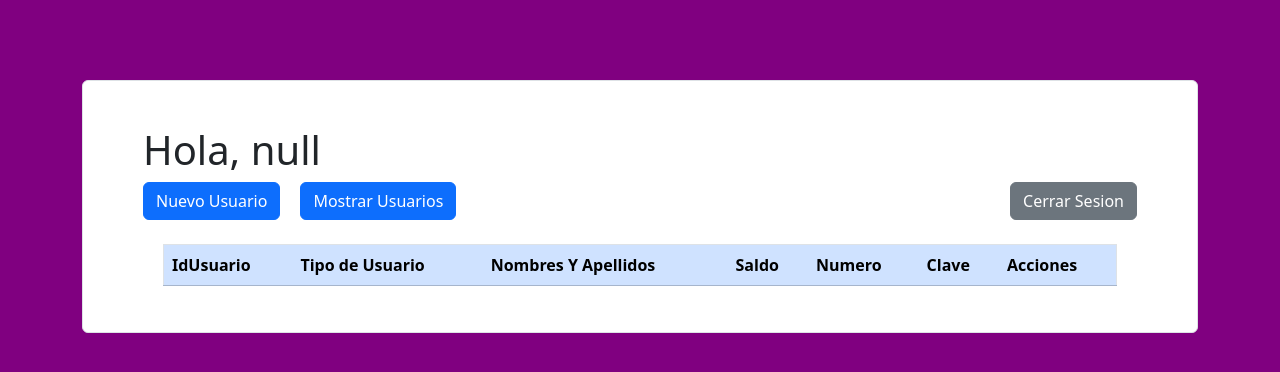
Repository: Gimblet/LP1_Proyecto_Yape
Page: http://localhost/Yape/headAdminDashboard.jsp
These files come from the project's save history. The page is drawn as it stood at one moment and after the next save; the edit follows.
The browser window is 1280 px wide. The pictures show the whole page.
The page is served by Tomcat 9. Queries for data that is not in the repository find no rows.

Above is the page before, as saved 2024-05-04 15:34:59.

After the next save:
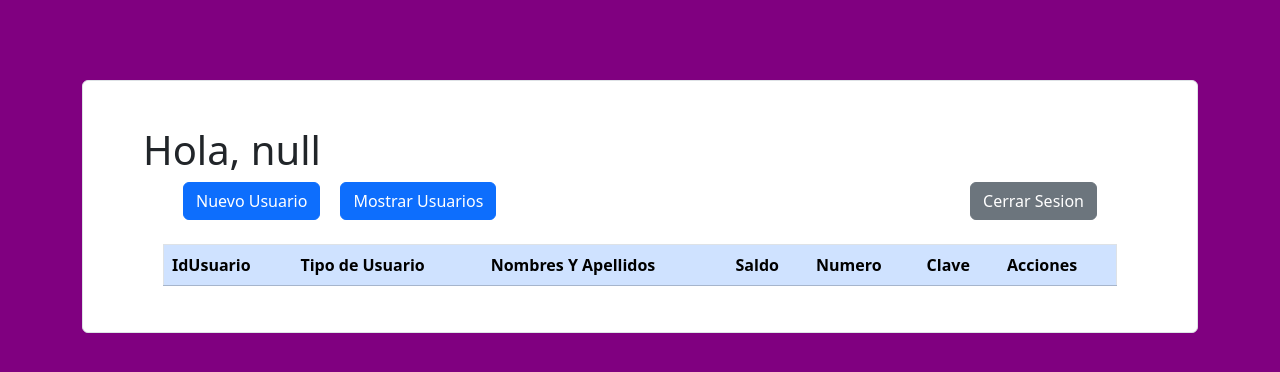
Saved 55 s later.
--- a/Yape/src/main/webapp/headAdminDashboard.jsp
+++ b/Yape/src/main/webapp/headAdminDashboard.jsp
@@ -42,6 +42,7 @@
 
 form {
 	display: flex;
+	margin: auto 40px auto 40px;
 	gap: 20px;
 }
 

After the save that followed:
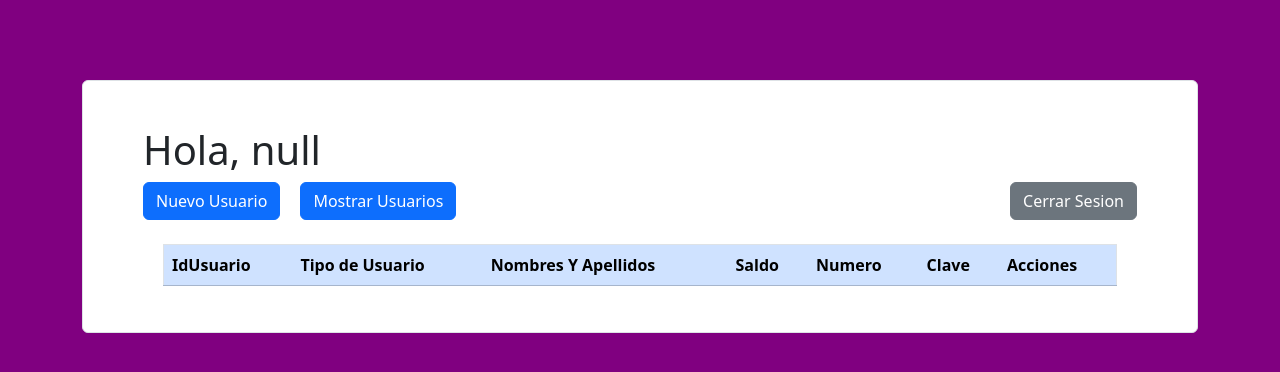
Saved 9 s later.
--- a/Yape/src/main/webapp/headAdminDashboard.jsp
+++ b/Yape/src/main/webapp/headAdminDashboard.jsp
@@ -42,7 +42,7 @@
 
 form {
 	display: flex;
-	margin: auto 40px auto 40px;
+	margin: auto;
 	gap: 20px;
 }
 
